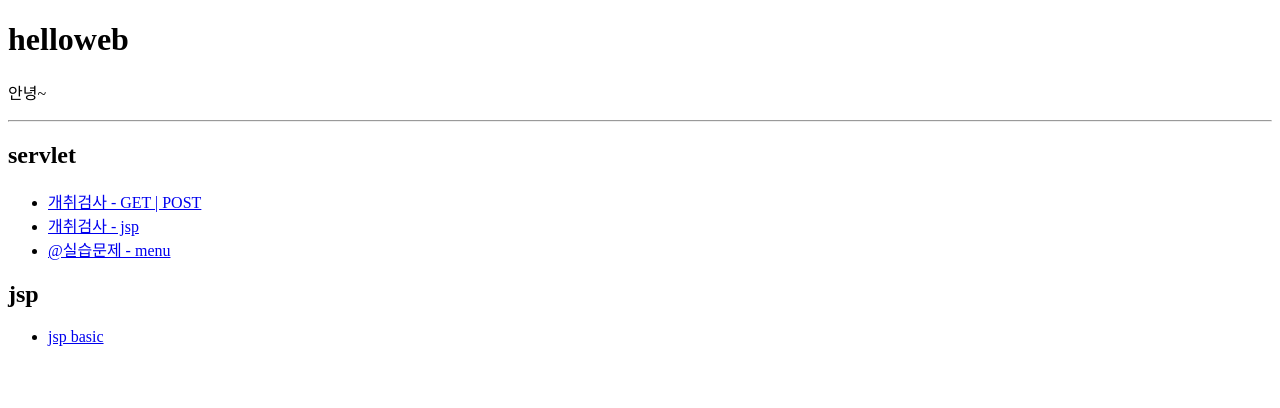
Repository: dygksqkr12/Server
Page: 01_helloweb/WebContent/index.html
These files come from the project's save history. The page is drawn as it stood at one moment and after the next save; the edit follows.
The browser window is 1280 px wide. The pictures show the whole page.

Above is the page before, as saved 2021-03-24 12:17:15.

After the next save:
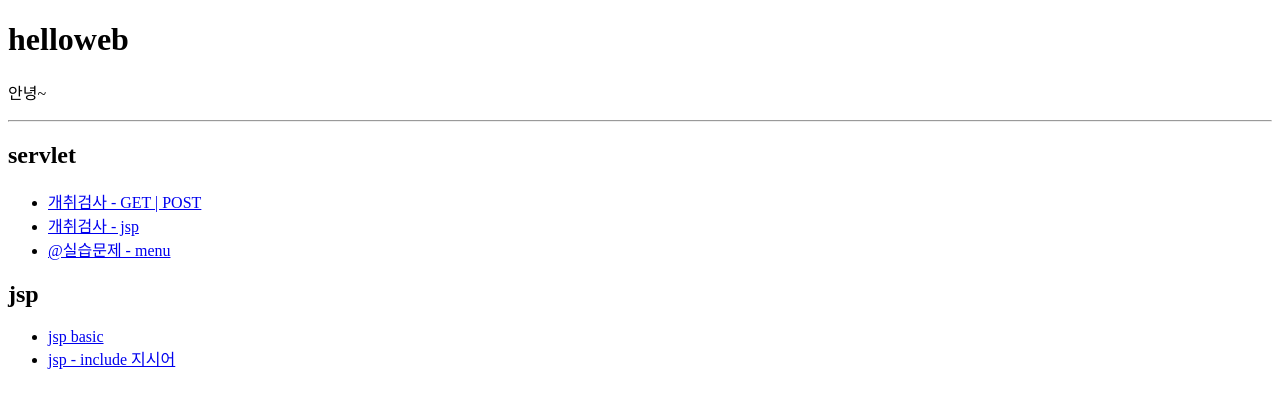
Saved 30 s later.
--- a/01_helloweb/WebContent/index.html
+++ b/01_helloweb/WebContent/index.html
@@ -24,6 +24,7 @@
 	<h2>jsp</h2>
 	<ul>
 		<li><a href="/web/jsp/basic.jsp">jsp basic</a></li>
+		<li><a href="/web/jsp/inclide.jsp">jsp - include 지시어</a></li>
 	</ul>
 
 </body>
